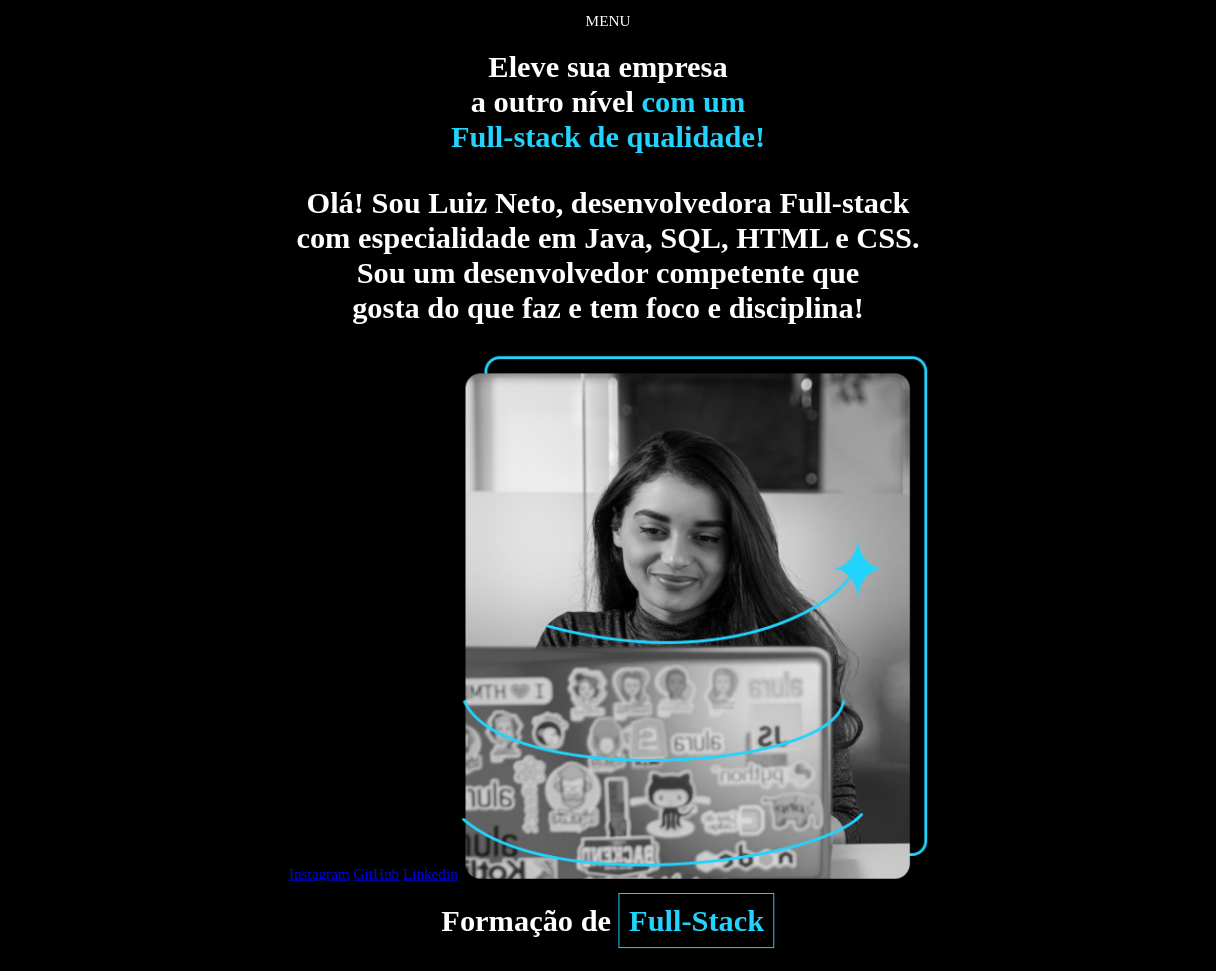
Repository: luiz123098/Sobre-mim-em-HTM-CSS
Page: htmlcss.html
The author's editor kept a copy of each file at every save. The page is drawn from the files as they stood at one save, then again after the next save.
The browser window is 1280 px wide. The pictures show the whole page, at 95% of full size.

Above is the page before, as saved 2023-03-08 13:59:07.

After the next save:
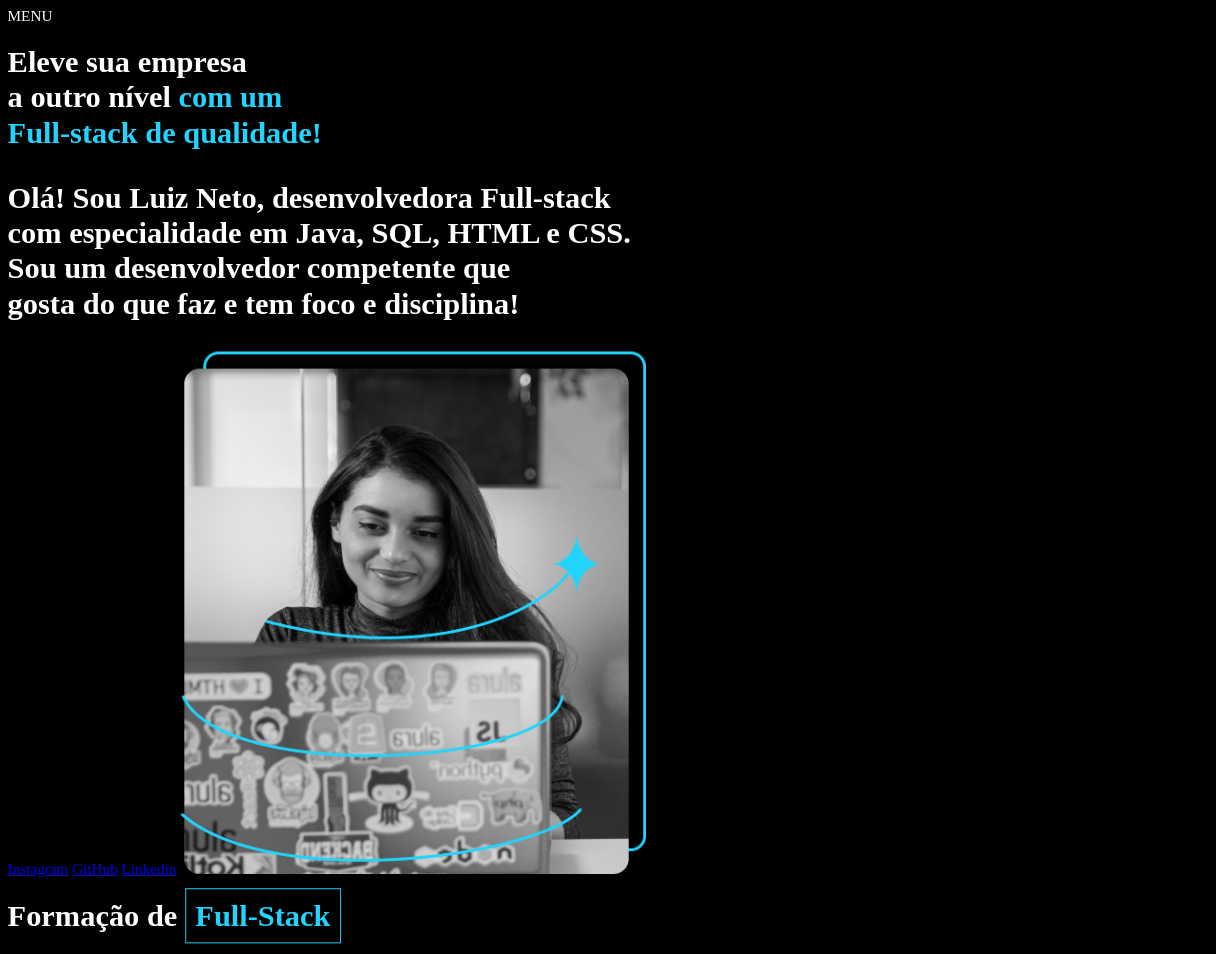
Saved 77 s later.
--- a/style.Css
+++ b/style.Css
@@ -1,9 +1,7 @@
 body{
     background-color: black;
     color: white;
-    text-align: center;
-    border:10px;
-padding: 5px;
+    text-align: justify;
 }
 
 .texto_em_destaque{
